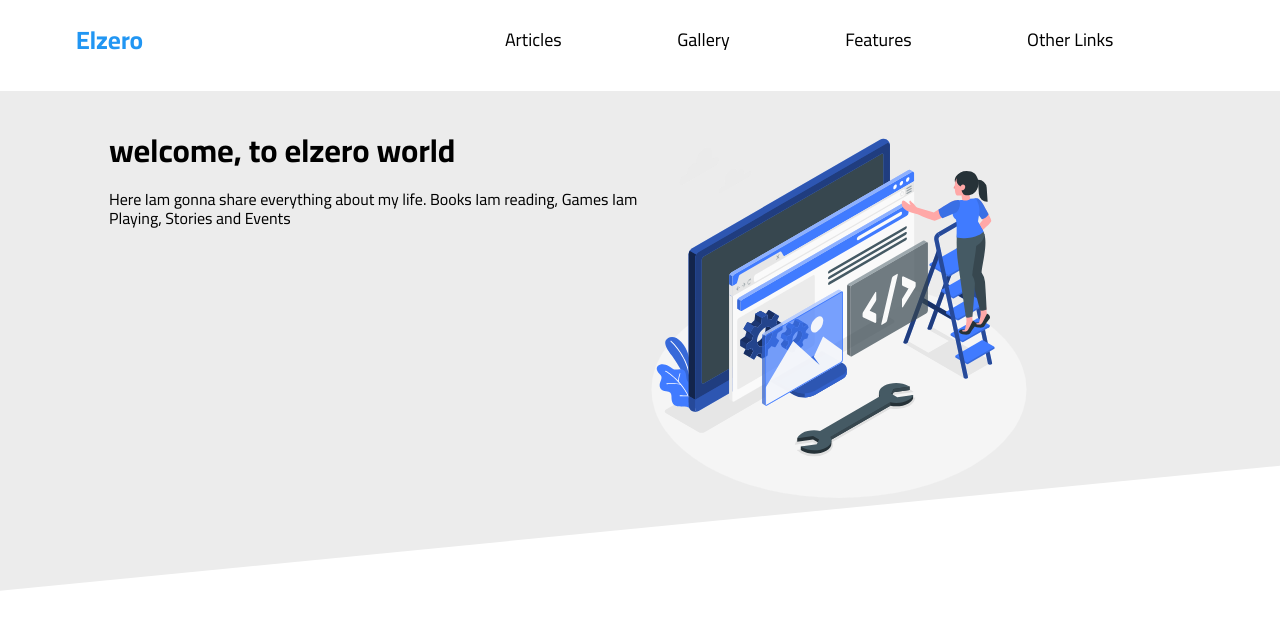
Repository: Toqa-25/elzeroAcdemey-Templete
Page: index.html
These files come from the project's save history. The page is drawn as it stood at one moment and after the next save; the edit follows.
The browser window is 1280 px wide. The pictures show the whole page.

Above is the page before, as saved 2022-01-16 21:25:41.

After the next save:
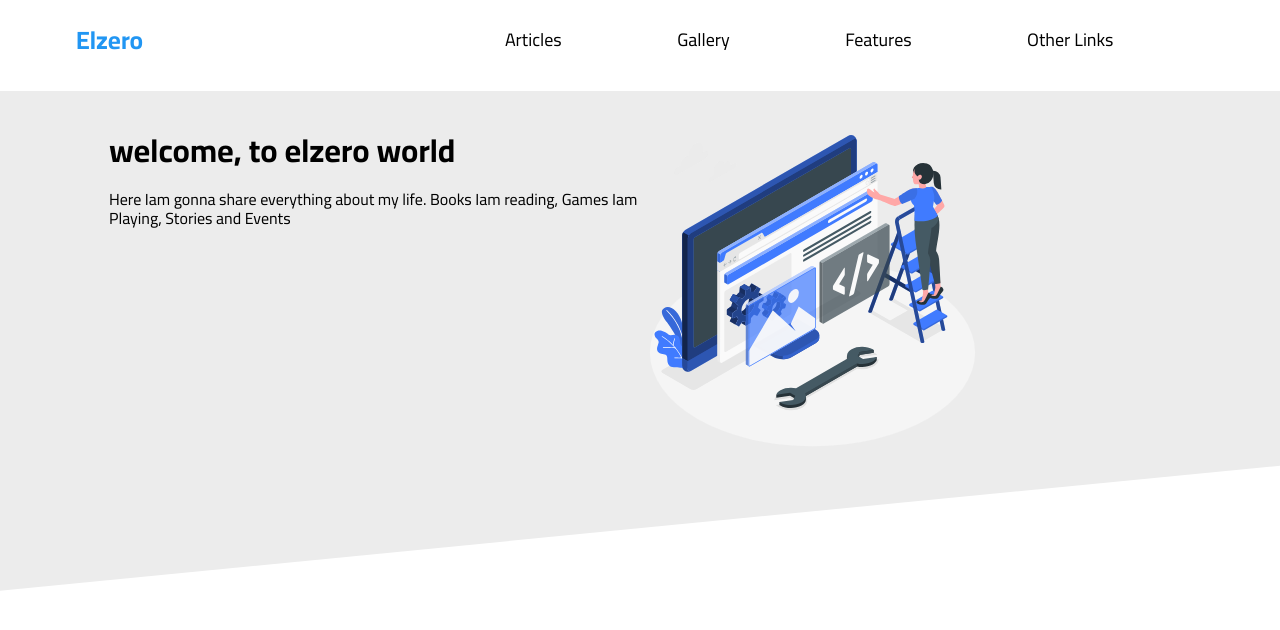
Saved 28 s later.
--- a/css/style.css
+++ b/css/style.css
@@ -275,5 +275,5 @@ nav{
     width:50%
 }
 .welcome-content-img img{
-    width:75%
-}
+    width:65%
+}
